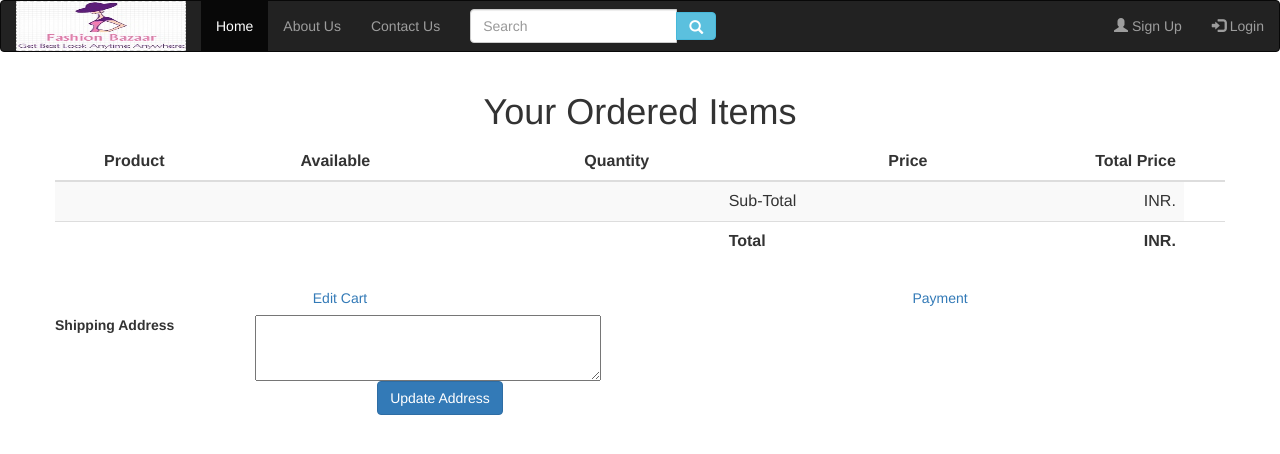
Repository: SmithaMendonca/Project-1
Page: http://localhost/FashionBazarFrontend/WEB-INF/views/OrderConfirm.jsp
The author's editor kept a copy of each file at every save. The page is drawn from the files as they stood at one save, then again after the next save.
The browser window is 1280 px wide. The pictures show the whole page.
The page is served by Tomcat 9. Nobody is signed in. The template is opened directly, without the code that normally fills it, so the values that code supplies are empty.

Above is the page before, as saved 2019-06-07 05:36:12.

After the next save:
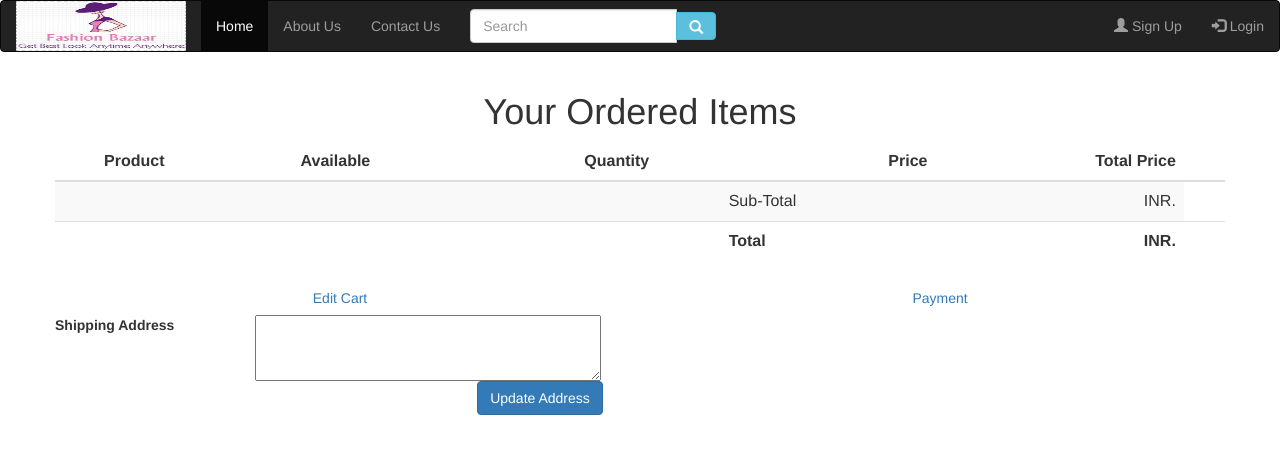
Saved 36 s later.
--- a/FashionBazarFrontend/src/main/webapp/WEB-INF/views/OrderConfirm.jsp
+++ b/FashionBazarFrontend/src/main/webapp/WEB-INF/views/OrderConfirm.jsp
@@ -74,7 +74,7 @@
             	 <div class="col-sm-8 col-xs-12 col-md-6">
             	      <textarea cols="40" rows="3" name="addr">${addr}</textarea>
             	 </div>
-                 <div class="col-sm-8 col-xs-12 col-md-8 text-center">
+                 <div class="col-sm-8 col-xs-12 col-md-10 text-center">
                  	<input type="submit" value="Update Address" class="btn btn-primary"/>
                  </div>
         </div>
